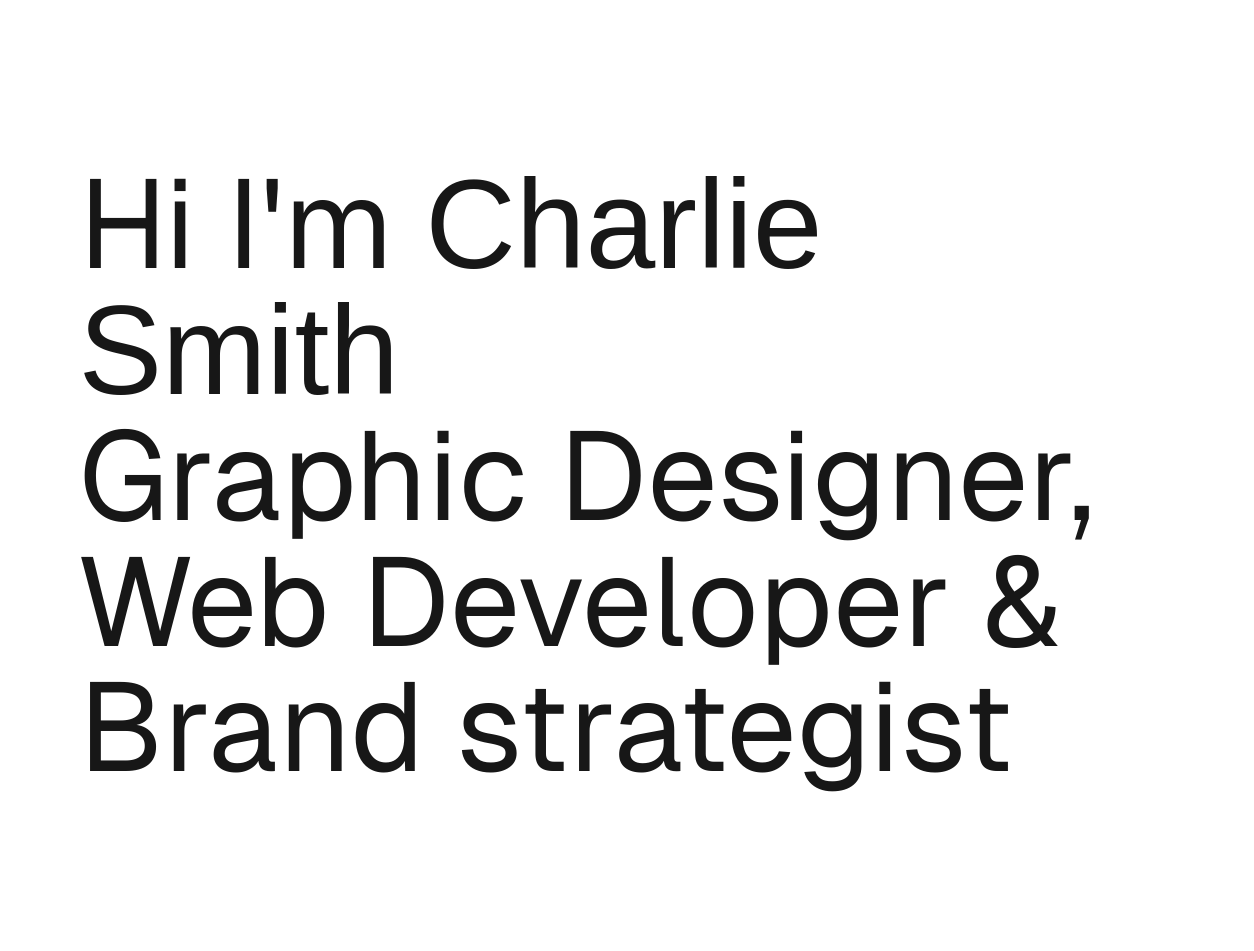
Repository: charlehs/portfolio
Page: /
An editor plug-in stored every save of this project. The page is shown before and after the next save, followed by the edit.
The browser window is 1280 px wide. The pictures show the whole page, at 98% of full size.
Some web fonts or font styles are not loaded; a fallback is used. The project was rebuilt for these pictures with package versions that can differ from the ones it lists, and the page was loaded fresh each time. The framework's server and built-in components were replaced by stand-ins that run in the browser. Also part of the build but not shown: next.config.ts.

Above is the page before, as saved 2025-01-02 16:35:03.

### app/layout.tsx
import type { Metadata } from "next";
import localFont from "next/font/local";
import Nav from "./components/Nav";
import "./globals.css";

const geistSans = localFont({
  src: "./fonts/GeistVF.woff",
  variable: "--font-geist-sans",
  weight: "100 900",
});
const geistMono = localFont({
  src: "./fonts/GeistMonoVF.woff",
  variable: "--font-geist-mono",
  weight: "100 900",
});

export const metadata: Metadata = {
  title: "Create Next App",
  description: "Generated by create next app",
};

export default function RootLayout({
  children,
}: Readonly<{
  children: React.ReactNode;
}>) {
  return (
    <html lang="en">
      <body
        className={`${geistSans.variable} ${geistMono.variable} antialiased`}
      >
        {/* <Nav /> */}
        {children}
      </body>
    </html>
  );
}

### app/page.tsx
import Image from "next/image";

export default function Home() {
  return (
    <div className="grid grid-rows-[20px_1fr_20px] items-center justify-items-center min-h-screen p-8 pb-20 gap-16 sm:p-20 font-[family-name:var(--font-geist-sans)]">
      <main className="flex flex-col gap-8 row-start-2 items-center sm:items-start">
        <p className=" text-9xl">
          Hi I'm <span className="harmond-text">Charlie Smith</span>
          <br /> Graphic Designer, Web Developer & Brand strategist
        </p>
      </main>
      {/* <footer className="row-start-3 flex gap-6 flex-wrap items-center justify-center"></footer> */}
    </div>
  );
}

### app/globals.css
@tailwind base;
@tailwind components;
@tailwind utilities;

:root {
  --background: #ffffff;
  --foreground: #171717;
}

@media (prefers-color-scheme: dark) {
  :root {
    --background: #0a0a0a;
    --foreground: #ededed;
  }
}

body {
  color: var(--foreground);
  background: var(--background);
  font-family: Arial, Helvetica, sans-serif;
}

@font-face {
  font-family: "Harmond";
  src: url("/fonts/Harmond-SemiBoldCondensed.otf") format("opentype");
  font-weight: 600; /* Regular */
  font-style: normal;
}

@font-face {
  font-family: "MyFont";
  src: url("/fonts/MyFont-Bold.otf") format("opentype");
  font-weight: 700; /* Bold */
  font-style: normal;
}

.harmond-text {
  font-family: "Harmond", sans-serif;
}

Loaded but not shown: tailwind.config.ts (common file)

After the next save:
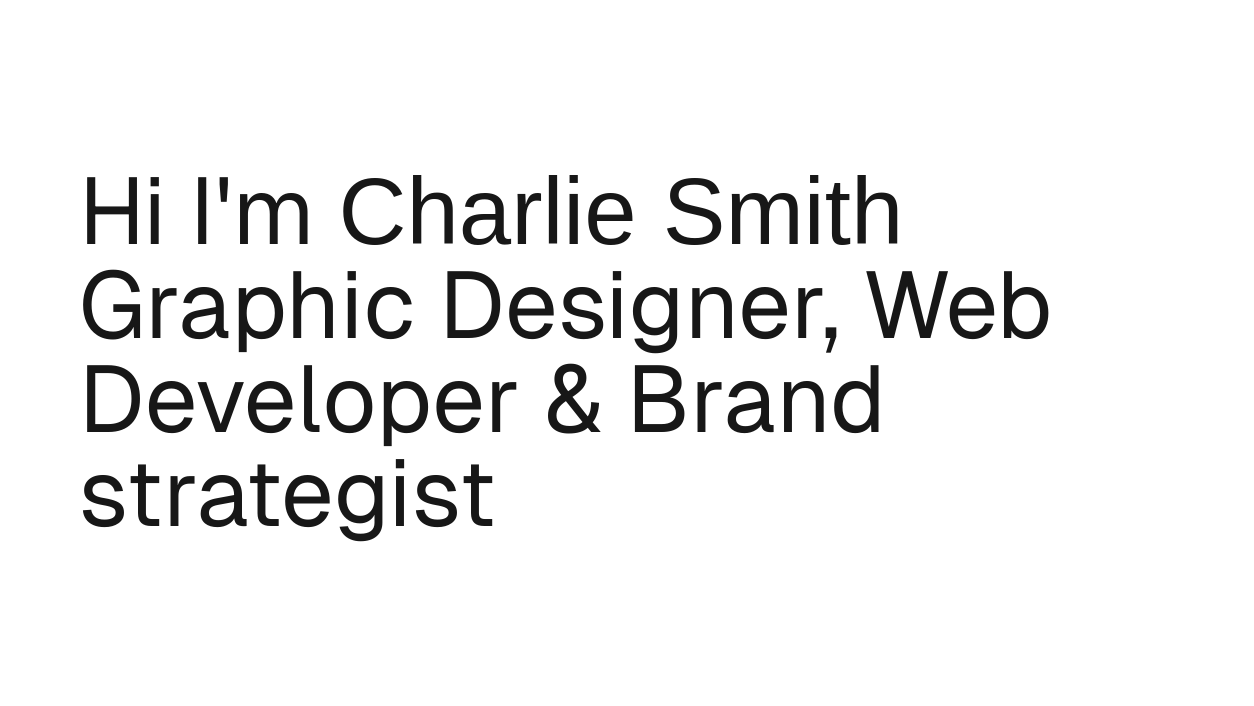
Saved 4 s later.
--- a/app/page.tsx
+++ b/app/page.tsx
@@ -4,7 +4,7 @@ export default function Home() {
   return (
     <div className="grid grid-rows-[20px_1fr_20px] items-center justify-items-center min-h-screen p-8 pb-20 gap-16 sm:p-20 font-[family-name:var(--font-geist-sans)]">
       <main className="flex flex-col gap-8 row-start-2 items-center sm:items-start">
-        <p className=" text-9xl">
+        <p className=" text-8xl">
           Hi I'm <span className="harmond-text">Charlie Smith</span>
           <br /> Graphic Designer, Web Developer & Brand strategist
         </p>
